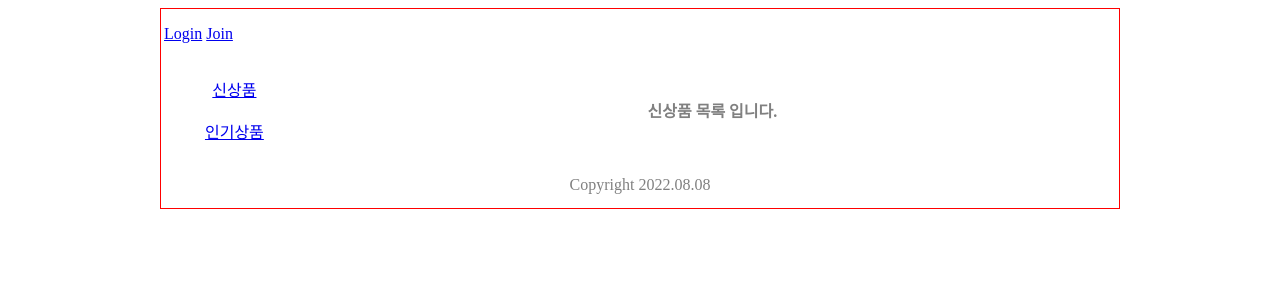
Repository: payboiC/test
Page: http://localhost/ServletProject/template/template.jsp?page=newitem
These files come from the project's save history. The page is drawn as it stood at one moment and after the next save; the edit follows.
The browser window is 1280 px wide. The pictures show the whole page.
The page is served by Tomcat 9. Nobody is signed in. The application's start-up code is not run.

Above is the page before, as saved 2022-08-08 03:05:09.

After the next save:
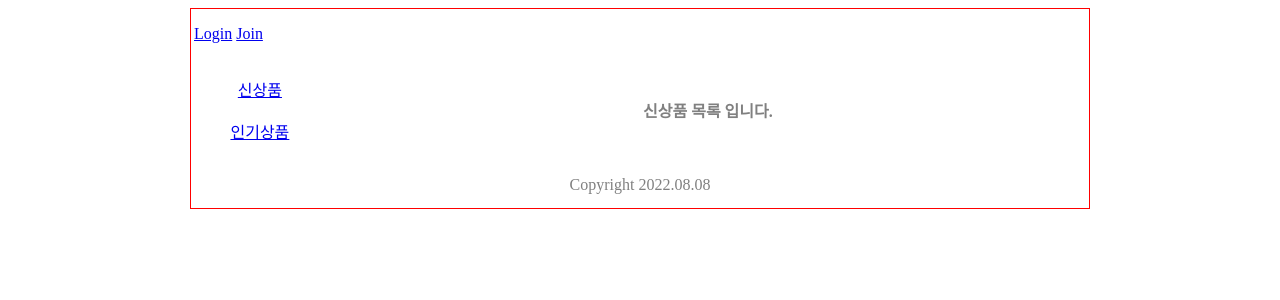
Saved 23 s later.
--- a/ServletProject/src/main/webapp/template/template.jsp
+++ b/ServletProject/src/main/webapp/template/template.jsp
@@ -18,7 +18,7 @@
 <style type="text/css">
 table{
    margin: auto;
-   width: 960px;
+   width: 900px;
    color: gray;
    border: 1px solid red;
    }
